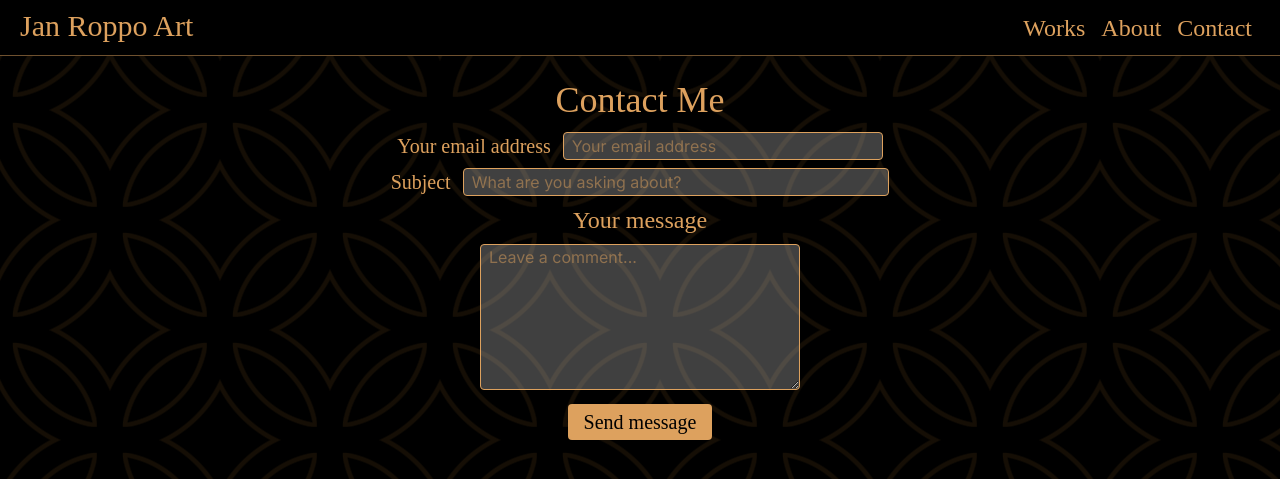
Repository: YanceMcFinn/JRArt
Page: /contact
The author's editor kept a copy of each file at every save. The page is drawn from the files as they stood at one save, then again after the next save.
The browser window is 1280 px wide. The pictures show the whole page.
Some web fonts or font styles are not loaded; a fallback is used. The project was rebuilt for these pictures with package versions that can differ from the ones it lists, and the page was loaded fresh each time. The framework's server and built-in components were replaced by stand-ins that run in the browser. Also part of the build but not shown: next.config.js.

Above is the page before, as saved 2023-10-29 14:31:25.

### app/layout.js
import './globals.css'
import { Inter } from 'next/font/google'

import Navbar from './components/Navbar'

const inter = Inter({ subsets: ['latin'] })

export const metadata = {
  title: 'Jan Roppo Art',
  description: 'The art of Jan Roppo',
}

export default function RootLayout({ children }) {
  return (
    <html lang="en">
      <head>
        <link rel="preconnect" href="https://fonts.googleapis.com" />
        <link rel="preconnect" href="https://fonts.gstatic.com" crossorigin />
        <link href="https://fonts.googleapis.com/css2?family=Macondo+Swash+Caps&display=swap" rel="stylesheet" />
      </head>
      <body className={inter.className}>
        <Navbar />
        {children}
      </body>
    </html>
  )
}

### app/contact/page.jsx
'use client'

import Image from 'next/image'

export default function Contact() {
    return(
        <div className='text-main-color text-center justify-content-center mt-20'>
            <div className='title text-center text-4xl mb-3'>Contact Me</div>
                <form className='w-6/12 mx-auto'>
                    <div className='mb-2 flex justify-center'>
                        <label for="email" className='pr-3 title text-xl'>Your email address</label>
                        <input type="email" className='rounded w-6/12 px-2 bg-white/25 border border-main-color text-main-color placeholder-main-color/50 focus:border-main-color focus:border-2 focus:outline-none focus:ring-0'id="email" placeholder="Your email address" required/>
                    </div>
                    <div className='mb-2 flex justify-center'>
                        <label for="subject" className='pr-3 title text-xl'>Subject</label>
                        <input type="text" id="subject" className='rounded w-4/6 px-2 bg-white/25 border border-main-color text-main-color placeholder-main-color/50 focus:border-main-color focus:border-2 focus:outline-none focus:ring-0' placeholder="What are you asking about?" required/>
                    </div>
                    <div className='w-9/12 md:w-6/12 mx-auto'>
                        <label for="message" className='title text-2xl' >Your message</label><br/>
                        <textarea id="message" rows="6" placeholder="Leave a comment..." className='rounded w-full px-2 mt-2 bg-white/25 border border-main-color text-main-color placeholder-main-color/50 focus:border-main-color focus:border-2 focus:outline-none focus:ring-0'></textarea>
                    </div>
          <button type="submit" className='bg-main-color text-black title text-xl rounded px-4 py-1 mt-2'>Send message</button>
      </form>
        </div>
    )
}

### app/globals.css
@tailwind base;
@tailwind components;
@tailwind utilities;

@import url('https://fonts.googleapis.com/css2?family=Macondo+Swash+Caps&display=swap');
/* body {
 background-color: black;
} */


.title {
    font-family: 'Macondo Swash Caps', cursive;
}

html {
    --s: 220px; /* control the size */
    --c1: #150e05;
    --c2: #000000;

    --_g:radial-gradient(#0000 60%,var(--c1) 61% 63%,#0000 64% 77%,var(--c1) 78% 80%,#0000 81%);
    --_c:,#0000 75%,var(--c2) 0;
    background:
      conic-gradient(at 12% 20% var(--_c)) calc(var(--s)* .44) calc(.9*var(--s)),
      conic-gradient(at 12% 20% var(--_c)) calc(var(--s)*-.06) calc(.4*var(--s)),
      conic-gradient(at 20% 12% var(--_c)) calc(.9*var(--s)) calc(var(--s)* .44),
      conic-gradient(at 20% 12% var(--_c)) calc(.4*var(--s)) calc(var(--s)*-.06),
      var(--_g),var(--_g) calc(var(--s)/2) calc(var(--s)/2) var(--c2);
    background-size: var(--s) var(--s);
    background-attachment: fixed;
  }

### app/components/Navbar.jsx
import React from "react";

const Navbar = () => {
    return(
    <>
    <div className="top-0 w-full z-10 h-14 bg-black px-5 py-2 text-main-color border-b border-b-main-color/50 fixed">
      <div className="float-left title text-3xl">
        <a className="hover:text-white" href="/">Jan Roppo Art</a>
      </div>
      <div className="mt-1 float-right title text-2xl">
        <ul>
        <li className="inline px-2">
            <a href="/" className="hover:text-white">Works</a>
          </li>
          <li className="inline px-2">
            <a href="/about" className="hover:text-white">About</a>
          </li>
          <li className="inline px-2">
            <a href="/contact" className="hover:text-white">Contact</a>
          </li>
        </ul>
      </div>
    </div>
    </>

    )
}

export default Navbar

### tailwind.config.js
/** @type {import('tailwindcss').Config} */
module.exports = {
  content: [
    './pages/**/*.{js,ts,jsx,tsx,mdx}',
    './components/**/*.{js,ts,jsx,tsx,mdx}',
    './app/**/*.{js,ts,jsx,tsx,mdx}',
  ],
  theme: {
    extend: {
      backgroundImage: {
      },
      colors: {
        'main-color': '#dda15e'
      },
    },
  },
  plugins: [],
}

After the next save:
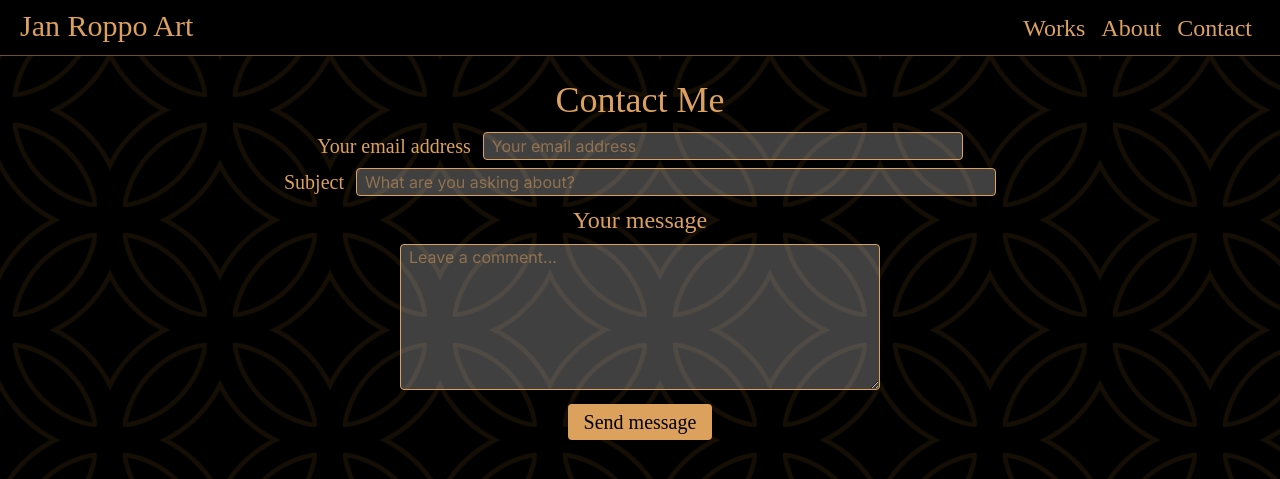
Saved 17 s later.
--- a/app/contact/page.jsx
+++ b/app/contact/page.jsx
@@ -6,7 +6,7 @@ export default function Contact() {
     return(
         <div className='text-main-color text-center justify-content-center mt-20'>
             <div className='title text-center text-4xl mb-3'>Contact Me</div>
-                <form className='w-6/12 mx-auto'>
+                <form className='w-9/12 mx-auto'>
                     <div className='mb-2 flex justify-center'>
                         <label for="email" className='pr-3 title text-xl'>Your email address</label>
                         <input type="email" className='rounded w-6/12 px-2 bg-white/25 border border-main-color text-main-color placeholder-main-color/50 focus:border-main-color focus:border-2 focus:outline-none focus:ring-0'id="email" placeholder="Your email address" required/>
